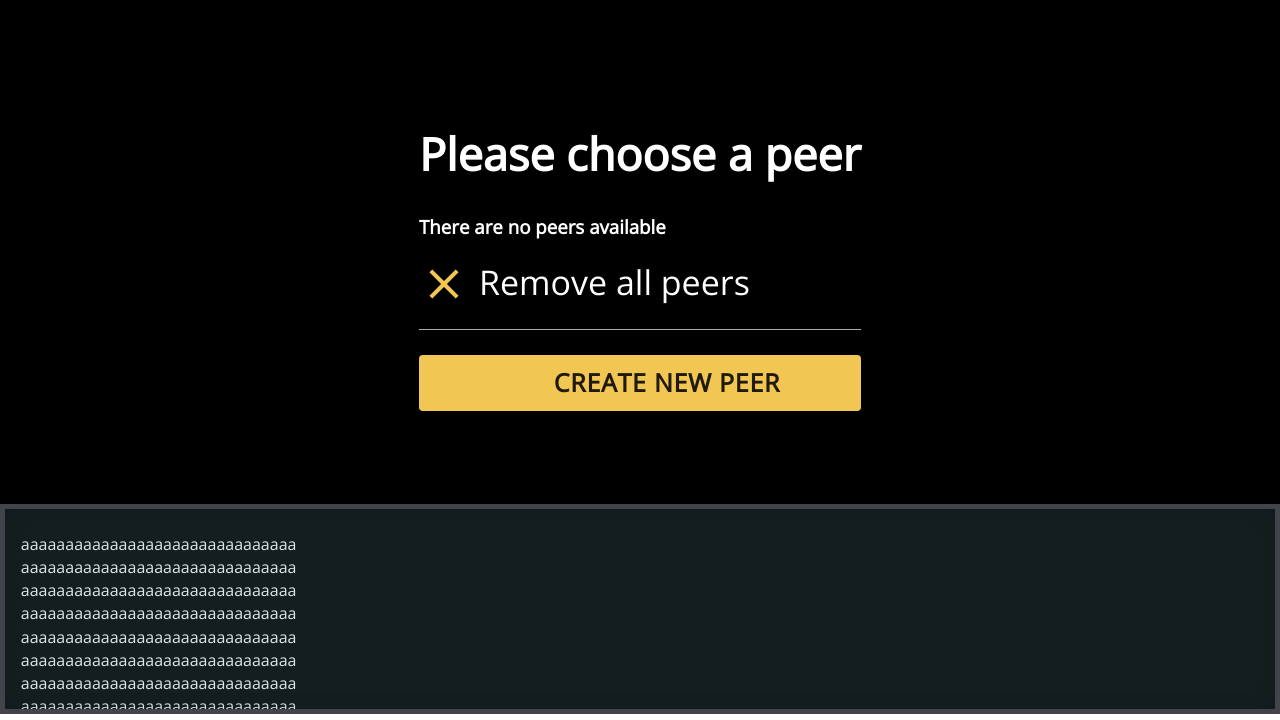
Repository: Bachdz/ASAP-Gui-Frontend
Page: /login
The author's editor kept a copy of each file at every save. The page is drawn from the files as they stood at one save, then again after the next save.
The browser window is 1280 px wide. The pictures show the whole page.
The page's requests for data from a server got no answer. The project was rebuilt for these pictures with package versions that can differ from the ones it lists, and the page was loaded fresh each time. No one was signed in, and anything a server would have sent is missing. Also part of the build but not shown: src/css/loginscreen/Peer.css, src/components/fragments/Footer.js, src/components/mainscreen/subcomponents/Apps.js, src/css/mainscreen/Main.css, src/components/mainscreen/Main.js.

Above is the page before, as saved 2020-12-16 19:48:36.

After the next save:
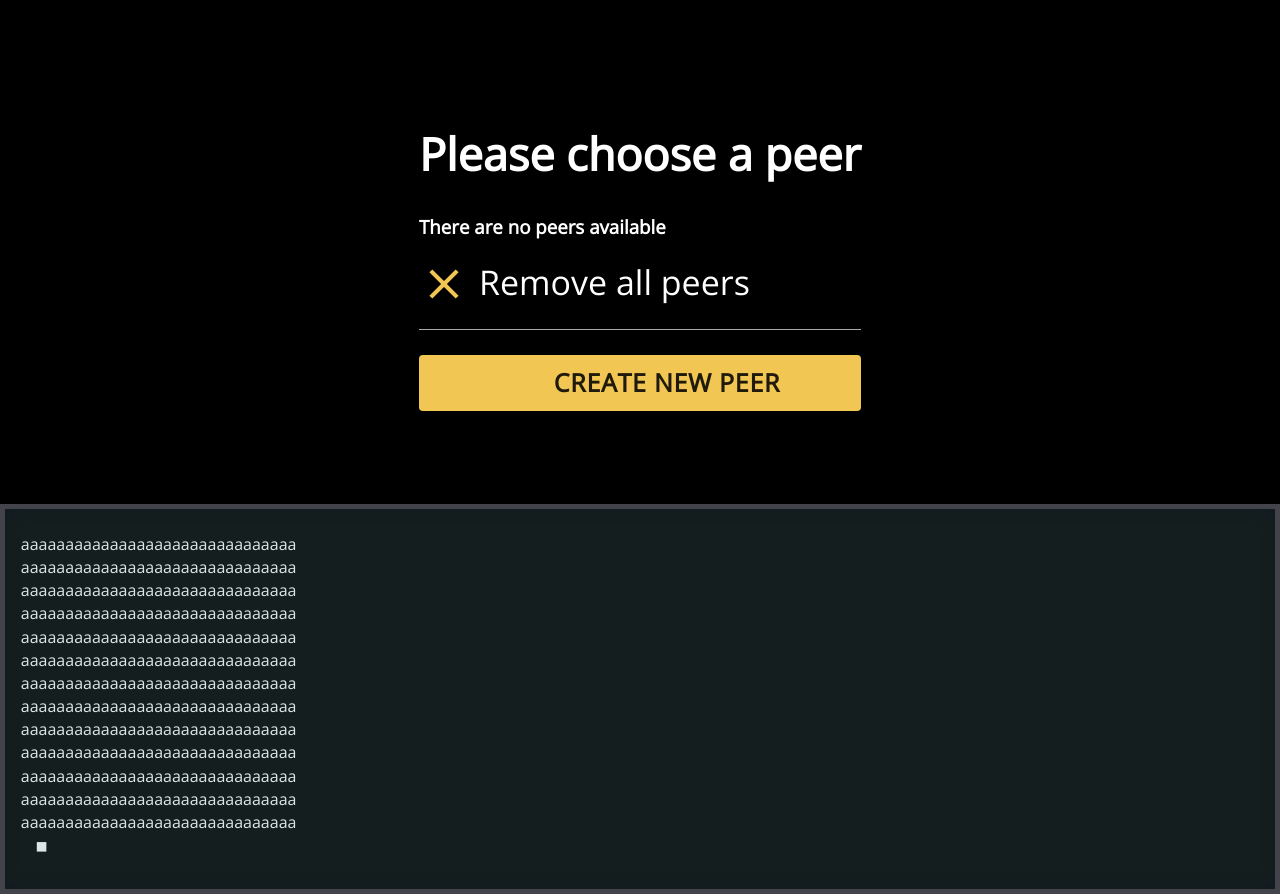
Saved 65 s later.
--- a/src/css/Terminal.css
+++ b/src/css/Terminal.css
@@ -82,7 +82,7 @@
 }
 
 .i-has-teh-code {
-    height: 20vh;
+    height: 100%;
     overflow-y: scroll;
     white-space: pre-wrap;
     background: #141e1e;
